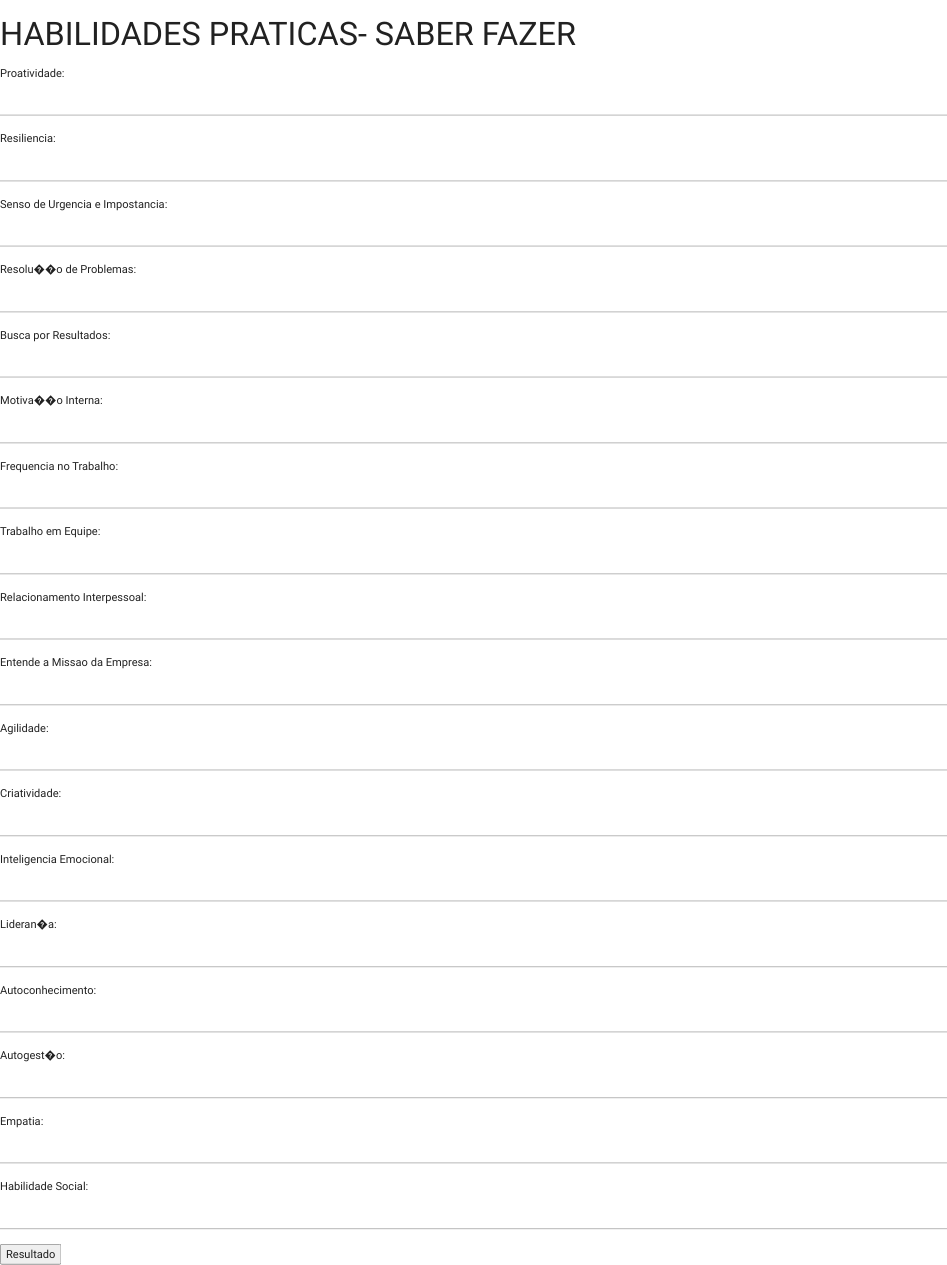
Repository: cspreng/Questionario
Page: http://localhost/cadastro/atitude
The author's editor kept a copy of each file at every save. The page is drawn from the files as they stood at one save, then again after the next save.
The browser window is 1280 px wide. The pictures show the whole page, at 74% of full size.
The page is this project's Thymeleaf template; nobody is signed in. The template is opened directly, without the code that normally fills it, so the values that code supplies are empty.

Above is the page before, as saved 2021-07-27 02:03:40.
Console error: ReferenceError: $ is not defined

After the next save:
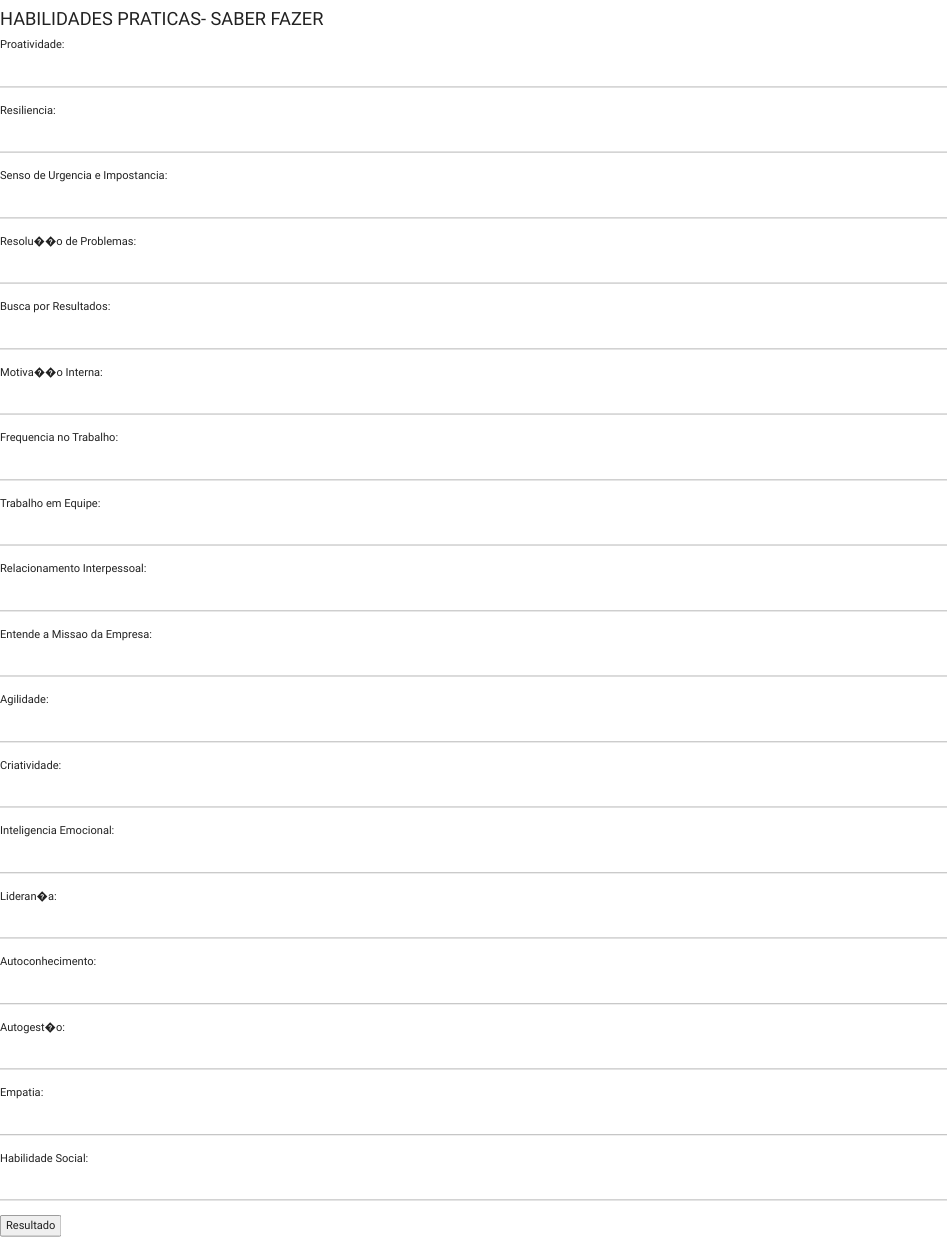
Saved 15 s later.
--- a/questionario/src/main/resources/templates/cadastro/atitude.html
+++ b/questionario/src/main/resources/templates/cadastro/atitude.html
@@ -13,7 +13,7 @@
       <meta name="viewport" content="width=device-width, initial-scale=1.0"/>
 <body>
 
-	<h3>HABILIDADES PRATICAS- SABER FAZER</h3>
+	<h5>HABILIDADES PRATICAS- SABER FAZER</h5>
 	<form method="post">
 		Proatividade: <input type="text" value= "" name="proatividade"/>
 	Resiliencia: <input type="text" value= "" name="resiliencia"/>
